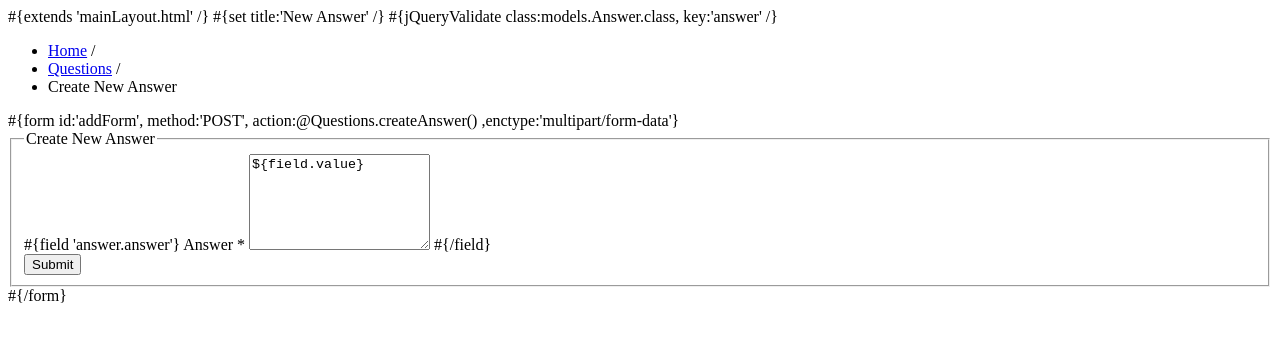
Repository: Maalejm/SEBA
Page: SlifeWebSite/app/views/Questions/newAnswer.html
The author's editor kept a copy of each file at every save. The page is drawn from the files as they stood at one save, then again after the next save.
The browser window is 1280 px wide. The pictures show the whole page.

Above is the page before, as saved 2013-07-10 03:38:29.

### SlifeWebSite/app/views/Questions/newAnswer.html
#{extends 'mainLayout.html' /}
#{set title:'New Answer' /}


#{jQueryValidate class:models.Answer.class, key:'answer' /}

 <div class="container-fluid">
            <div class="row-fluid">
                <div class="span2">




                    <!--Sidebar content-->
                </div>
                <div class="span10">
                    <ul class="breadcrumb">
                        <li><a href="/">Home</a> <span class="divider">/</span></li>
                        <li><a href="/questions">Questions</a> <span class="divider">/</span></li>
                        <li class="active">Create New Answer</li>
                    </ul>





                    #{form id:'addForm', method:'POST', action:@Questions.createAnswer() ,enctype:'multipart/form-data'}
                        <fieldset>
                            <legend>Create New Answer</legend>
                            <!-- #{ifErrors}
								<div class="error">
   									 <h2>Oops, please correct these errors</h2>
								</div>
							#{/ifErrors}
 -->




                             #{field 'answer.answer'}
                            <label for="${field.id}" >Answer *</label>
                                <textarea rows="6"  id="${field.id}"   name="${field.name}" class="input_textarea ${field.errorClass}">${field.value}</textarea>

                            #{/field}

                                  <br/>



                                  <div class="form-actions">
                                      <input type="submit" class="btn btn-primary"/>

                                  </div>
                        </fieldset>
                    #{/form}



                    <!--Body content-->
                </div>
            </div>
        </div>

After the next save:
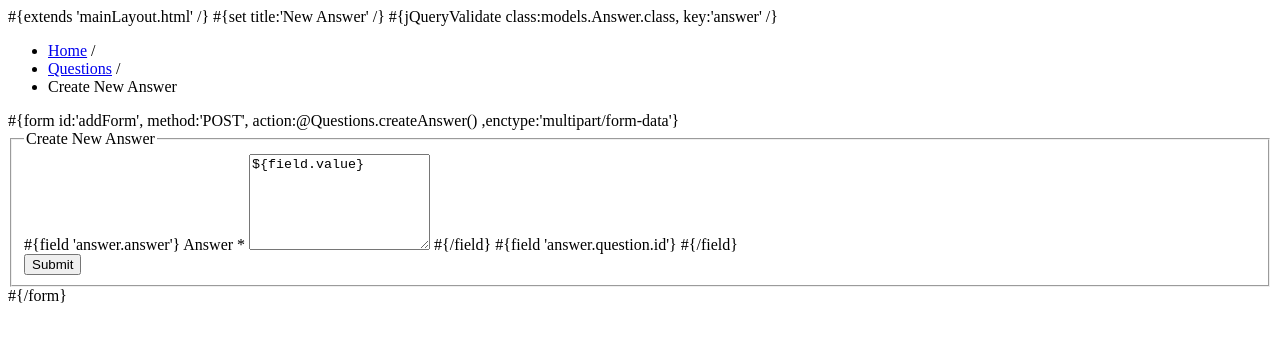
Saved 2 min 32 s later.
--- a/SlifeWebSite/app/views/Questions/newAnswer.html
+++ b/SlifeWebSite/app/views/Questions/newAnswer.html
@@ -43,6 +43,12 @@
 
                             #{/field}
 
+                            #{field 'answer.question.id'}
+
+                                <input type="hidden"  id="${field.id}"   name="${field.name}" value="${field.value">
+
+                            #{/field}
+
                                   <br/>
 
 
